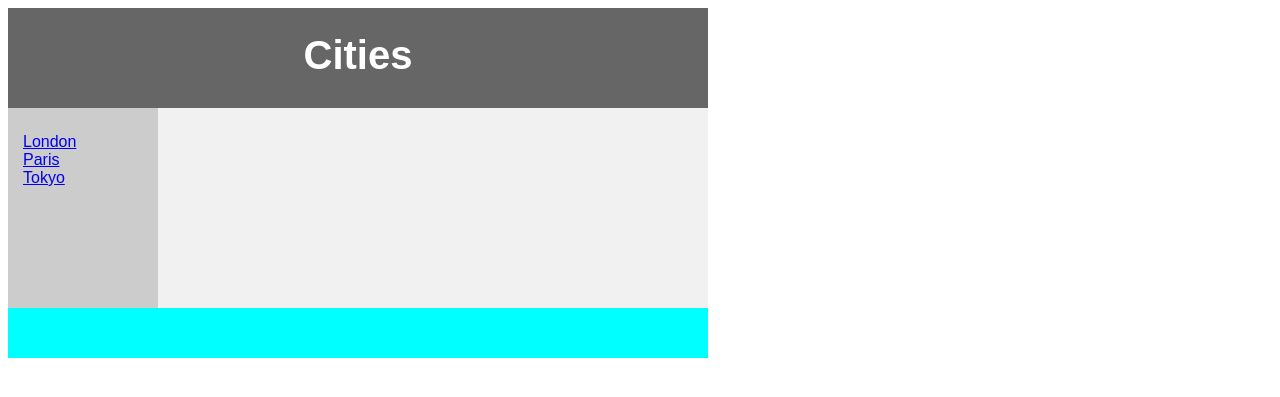
Repository: LongNguyen2504/T3H-FrondEnd
Page: Lesson3_CSS_HomeWork1.html
These files come from the project's save history. The page is drawn as it stood at one moment and after the next save; the edit follows.
The browser window is 1280 px wide. The pictures show the whole page.

Above is the page before, as saved 2021-12-01 18:00:26.

### Lesson3_CSS_HomeWork1.html
<!DOCTYPE html>
<html lang="en">
<head>
    <meta charset="UTF-8">
    <meta http-equiv="X-UA-Compatible" content="IE=edge">
    <meta name="viewport" content="width=device-width, initial-scale=1.0">
    <title>Document</title>
    <link rel="stylesheet" href="Lesson3_CSS_HomeWork1.css">
</head>
<body>
    <div class="ancestor-div" >
        <div class="city-div"  >
            <div class="div-text-city">Cities</div>
        </div>
        <div class="left-column">
            <div3 class="list">
                <li class="first-list"><a href="#1">London</a></li>
                <li class="first-list"><a href="#3">Paris</a></li>
                <li class="first-list"><a href="#2">Tokyo</a></li>
            </div3>
        </div>
        <div class="right-column">

        </div>
    </div>

</body>
</html>

### Lesson3_CSS_HomeWork1.css
div.ancestor-div{
    background-color: aqua;
    width: 700px; height: 350px;

    font-family: Arial, Helvetica, sans-serif;
}
div.city-div{
    background-color: #666666;

    /* height: 80px; */
    color: white;
    height: 100px;

}
div.div-text-city{
    text-align:  center;
    font-size: 40px;
    position: relative;
    top: 25px;
    font-weight: bold;
}
div.left-column{
    width: 150px;
    height: 200px;
    background-color: #cccccc;
    /* display: inline-block; */
}
li.first-list{
    position: relative;
    top: 25px;
    left: 15px;
    list-style-type: none;

}
div.right-column{
    /* display: inline-block; */
    /* margin-left: 25px ; */
    background-color: #f1f1f1 ;
    width: 550px;
    height: 200px;
    position: relative;
    left: 150px;
    bottom: 200px;
}

After the next save:
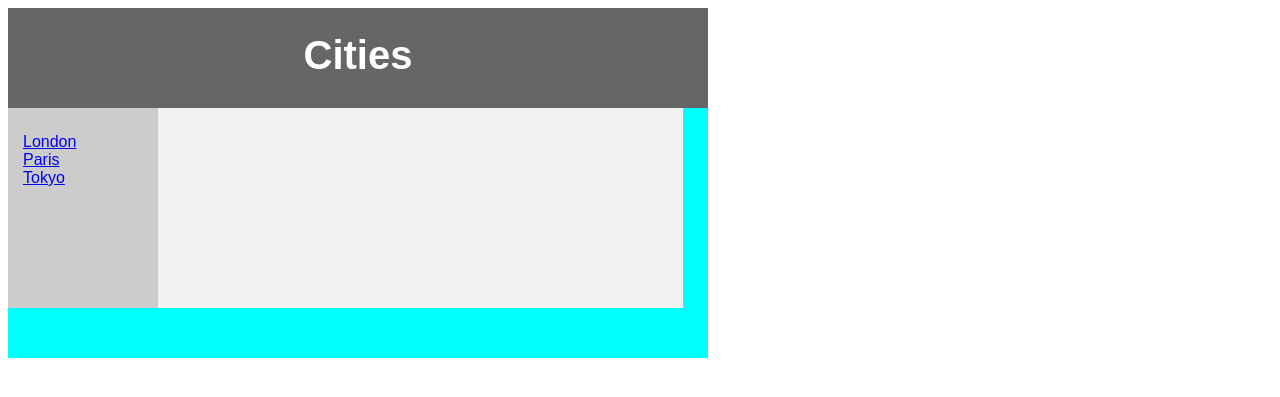
Saved 8 s later.
--- a/Lesson3_CSS_HomeWork1.css
+++ b/Lesson3_CSS_HomeWork1.css
@@ -36,7 +36,7 @@
     /* display: inline-block; */
     /* margin-left: 25px ; */
     background-color: #f1f1f1 ;
-    width: 550px;
+    width: 525px;
     height: 200px;
     position: relative;
     left: 150px;

After the 4 saves that followed:
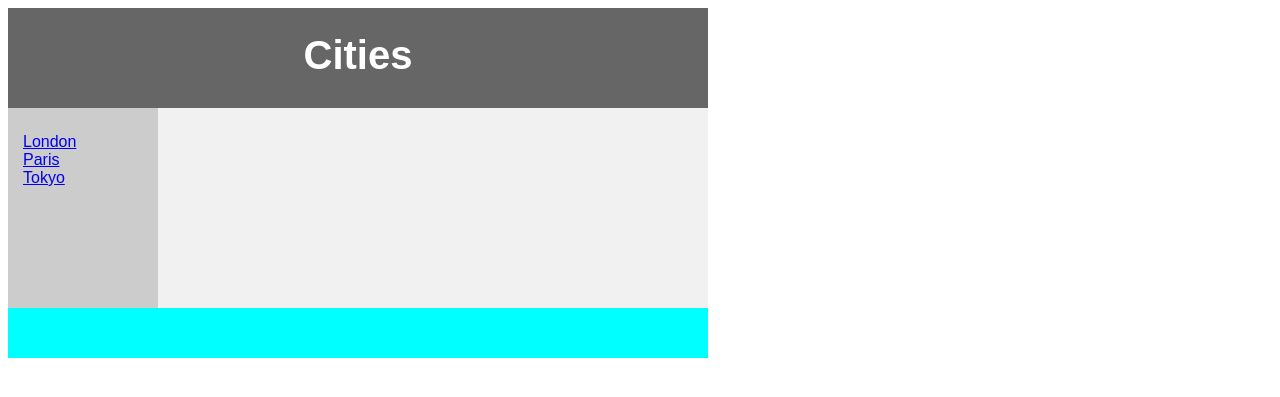
The 4 saves are shown as one change because they came seconds apart.
The last was saved 12 s later.
--- a/Lesson3_CSS_HomeWork1.css
+++ b/Lesson3_CSS_HomeWork1.css
@@ -36,7 +36,7 @@
     /* display: inline-block; */
     /* margin-left: 25px ; */
     background-color: #f1f1f1 ;
-    width: 525px;
+    width: 550px;
     height: 200px;
     position: relative;
     left: 150px;
